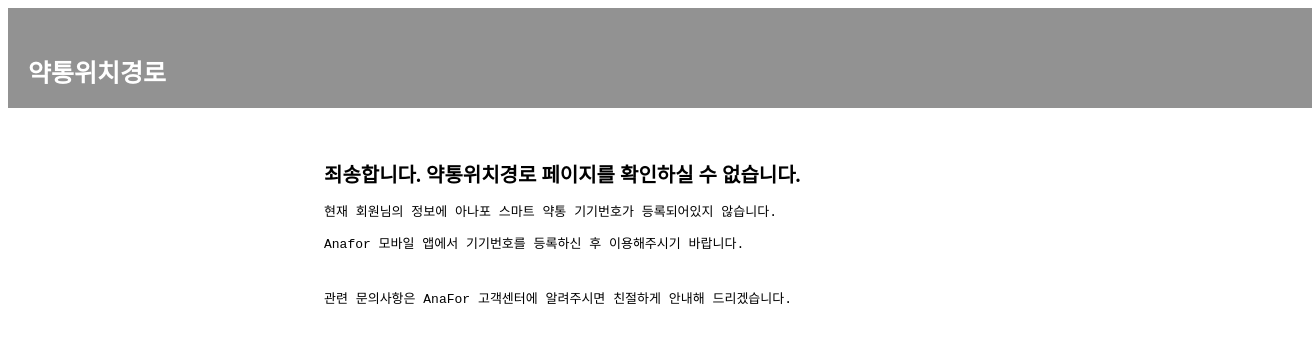
Repository: euzny/Spring-Website
Page: http://localhost/anafor/WEB-INF/views/my_info/notAccept.jsp
The author's editor kept a copy of each file at every save. The page is drawn from the files as they stood at one save, then again after the next save.
The browser window is 1280 px wide. The page is 1312 px wide, so the pictures cover 1312 px, including what lies to the right of the window. The pictures show the whole page.
The page is served by Tomcat 9. Nobody is signed in. Other server files are loaded and not shown. The template is opened directly, without the code that normally fills it, so the values that code supplies are empty.

Above is the page before, as saved 2022-06-23 02:35:34.

### Workspace/anafor/src/main/webapp/WEB-INF/views/my_info/notAccept.jsp
<%@ page language="java" contentType="text/html; charset=UTF-8"
    pageEncoding="UTF-8"%>
<!DOCTYPE html>
<html>
<head>
<meta charset="UTF-8">
<title>Insert title here</title>
<style>
 	#header {
	   width:100%;
	   height:60px;
	   padding: 20px;
	   background-color:#929292;
	   border-bottom: 1px solid white;
	}
	#header h3{
	   font-size: 25px;
	   font-weight: bold;
	   text-align: left;
	   color: white;
	}

	#notice{
		width : 50%;
		margin: 50px auto;
	}
	#notice h3{
	   font-size: 20px;
	   font-weight:600;
	   margin-bottom:10px;
	}
	#notice pre{
		margin-bottom:5px;
	}
   	</style>
</head>
<body>
<div id="header">
  	<h3>약통위치경로</h3>
</div>
<div id="notice">
	<h3>죄송합니다. 약통위치경로 페이지를 확인하실 수 없습니다.</h3>
		<pre>현재 회원님의 정보에 아나포 스마트 약통 기기번호가 등록되어있지 않습니다.</pre>
		<pre>Anafor 모바일 앱에서 기기번호를 등록하신 후 이용해주시기 바랍니다.</pre>
		<br>
		<pre>관련 문의사항은 AnaFor 고객센터에 알려주시면 친절하게 안내해 드리겠습니다.</pre>
</div>
</body>
</html>

After the next save:
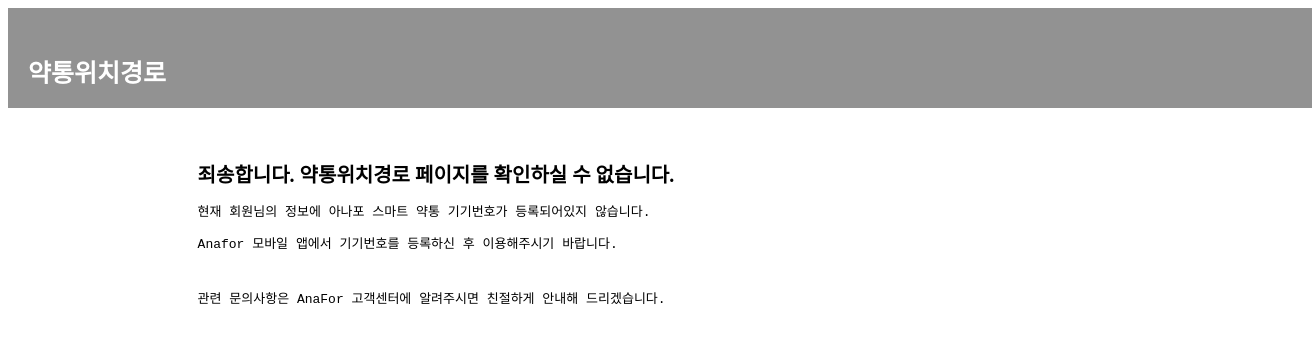
Saved 7 s later.
--- a/Workspace/anafor/src/main/webapp/WEB-INF/views/my_info/notAccept.jsp
+++ b/Workspace/anafor/src/main/webapp/WEB-INF/views/my_info/notAccept.jsp
@@ -21,7 +21,7 @@
 	}
 
 	#notice{
-		width : 50%;
+		width : 70%;
 		margin: 50px auto;
 	}
 	#notice h3{
